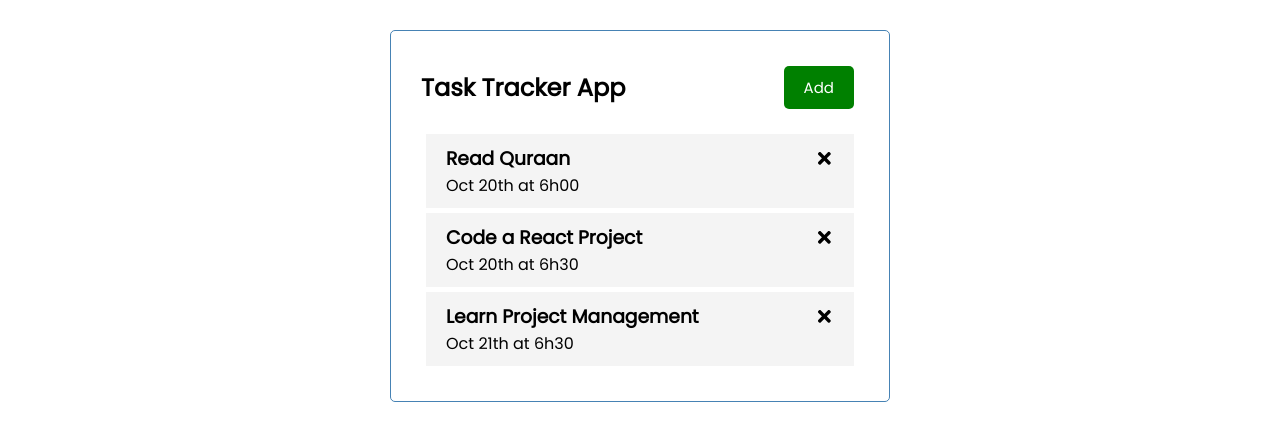
Repository: feyroozecode/task_tracker
Page: /
An editor plug-in stored every save of this project. The page is shown before and after a run of saves, followed by the edit.
The browser window is 1280 px wide. The pictures show the whole page.
The project was rebuilt for these pictures with package versions that can differ from the ones it lists, and the page was loaded fresh each time.

Above is the page before, as saved 2023-10-20 08:48:35.

### public/index.html
<!DOCTYPE html>
<html lang="en">
  <head>
    <meta charset="utf-8" />
    <link rel="icon" href="%PUBLIC_URL%/favicon.ico" />
    <meta name="viewport" content="width=device-width, initial-scale=1" />
    <meta name="theme-color" content="#000000" />
    <meta
      name="description"
      content="Web site created using create-react-app"
    />
    <link rel="apple-touch-icon" href="%PUBLIC_URL%/logo192.png" />

    <link rel="manifest" href="%PUBLIC_URL%/manifest.json" />

    <title>React App</title>
  </head>
  <body>
    <noscript>You need to enable JavaScript to run this app.</noscript>

    <div id="root"></div>

  </body>
</html>

### src/App.js
import Header from './components/Header'
import Tasks from './components/Tasks'
import { useState } from 'react'
/**
 * A App component entry of the React App
*/
const App = ()  => {
   const appName = 'Task Tracker App'

   const [tasks, setTasks] = useState( [
    {
        id: 1,
        text: 'Read Quraan',
        day: 'Oct 20th at 6h00',
        reminder: true
    },
    {
        id: 2,
        text: 'Code a React Project ',
        day: 'Oct 20th at 6h30',
        reminder: false
    },
    {
        id: 3,
        text: 'Learn Project Management',
        day: 'Oct 21th at 6h30',
        reminder: true
    },
]);
   return (
     <div className="container">
      <Header title={appName} />
      <Tasks tasks={tasks} />
     </div>
   );

}

export default App;

### src/components/Header.js
import PropTypes from 'prop-types'
import AddButton from './AddButton'

/*
 * Header compnent show title and use a AddButton component for add new task
*/
const Header = ({ title }) => {

    const onClick = (e) => {
        console.log('Click Add Btn');
    }

    return (
        <header className='header'>
            <h2 > { title } </h2>
            <AddButton color='green' text='Add' onClick={onClick} />

        </header>
    )
}

// set default title
Header.defaultProps = {
    title: 'Task Tracker'
}

Header.propTypes = {
    title: PropTypes.string.isRequired  // title is required by the header
}

export default Header

### src/components/Tasks.js
import TaskItem from './Task'

const Tasks = ({ tasks }) => {

    return (
       <>
       {
        tasks.map((task) => ( <> <TaskItem task={task}/> </> ))
       }
       </>
    );
}

export default Tasks

### src/components/AddButton.js
import PropTypes from 'prop-types'

/*
 * AddButton component used for adding a new task
 * @param color => define a button background color
 * @param text => a text to show on button
 * @param onClick => onClick function to call when btn is clicked
*/
const AddButton = ({color, text, onClick}) => {

    return (
     <button
         className='btn'
        style={{ backgroundColor: color }}
        onClick={onClick}
     > {text} </button>
    )
}

AddButton.defaultProps = {
    color: 'steetblue' // default color of button
}

// define a different props types to prevent error and for type checking
AddButton.propTypes = {
    text: PropTypes.string,
    color: PropTypes.string,
    onClick: PropTypes.func.isRequired
}

export default AddButton

### src/components/Task.js
import { FaTimes }  from 'react-icons/fa'
/**
 * A TaskItem compnent to show a simple Item of Task
 */
const TaskItem = ({ task }) => {
    return (
        <div className="task" key={task.id}>
            <h3> { task.text }  <FaTimes sty /> </h3>
            <p> { task.day } </p>

        </div>
    )
}

export default TaskItem

Loaded but not shown: src/index.js (common file); src/index.css (common file)

After the next 3 saves:
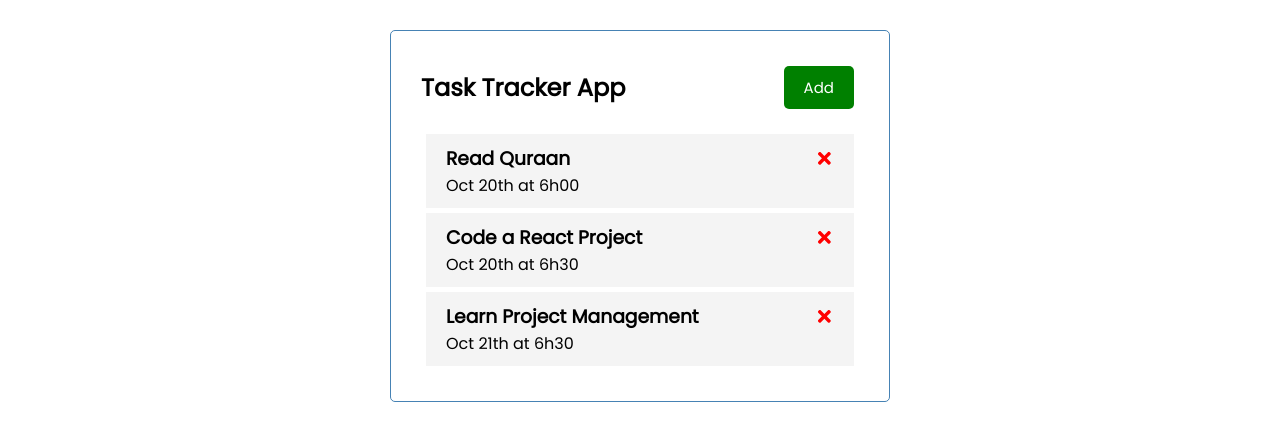
The 3 saves are shown as one change because 2 did not build or start.
The last was saved 20 s later.
--- a/src/components/Task.js
+++ b/src/components/Task.js
@@ -5,7 +5,7 @@ import { FaTimes }  from 'react-icons/fa'
 const TaskItem = ({ task }) => {
     return (
         <div className="task" key={task.id}>
-            <h3> { task.text }  <FaTimes sty /> </h3>
+            <h3> { task.text }  <FaTimes style={{ color: 'red', cursor: 'pointer' }} /> </h3>
             <p> { task.day } </p>
 
         </div>
